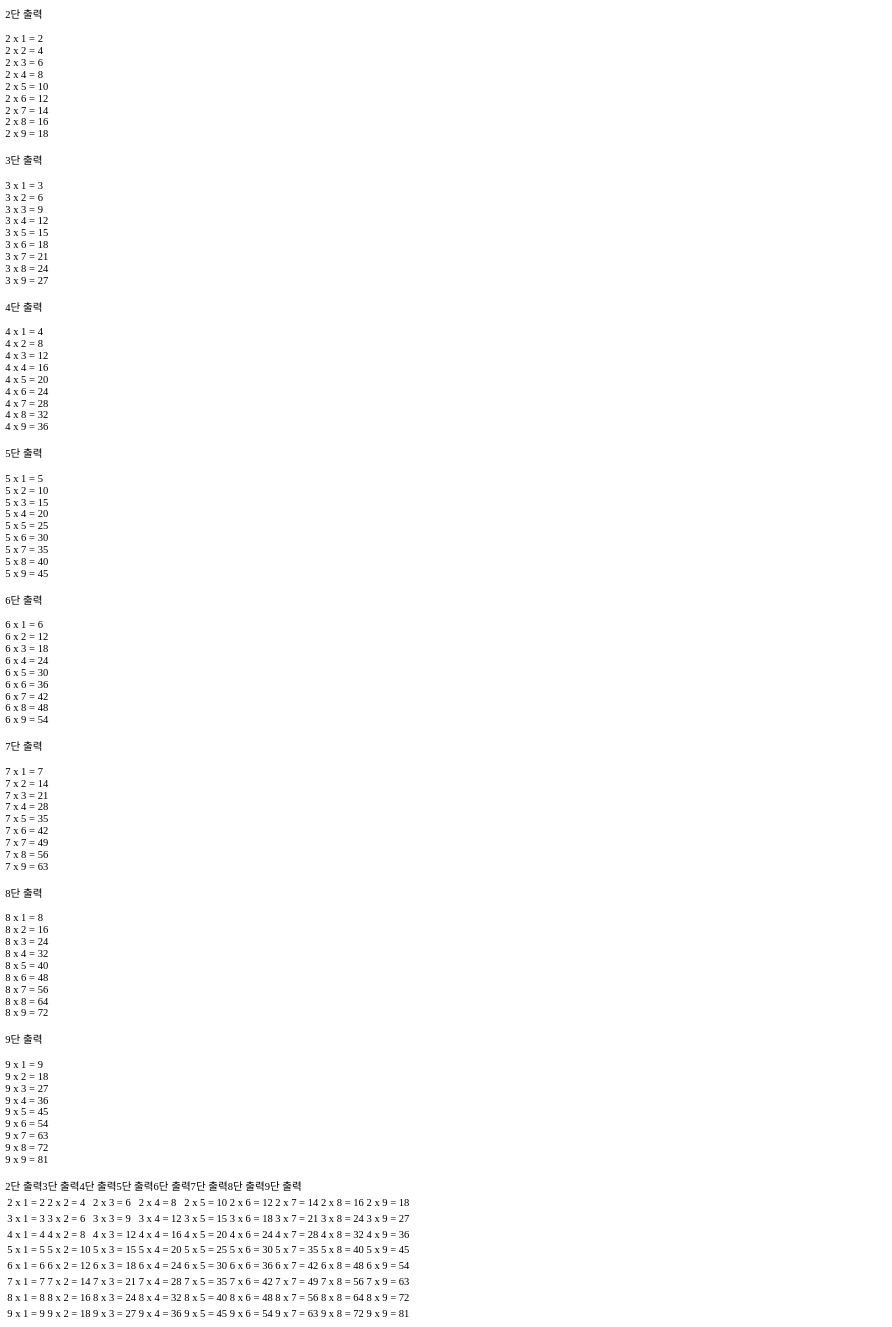
Repository: carnelli95/workspace_JSP
Page: http://localhost/MustHaveJSP/JSPMission/Gugudan1.jsp
An editor plug-in stored every save of this project. The page is shown before and after the next save, followed by the edit.
The browser window is 1280 px wide. The page is 1280 px wide, then 1352 px, then 1280 px, so the pictures cover 1352 px, including what lies to the right of the window. The pictures show the whole page, at 66% of full size.
The page is served by Tomcat 9.

Above is the page before, as saved 2025-09-22 08:33:25.

After the next save:
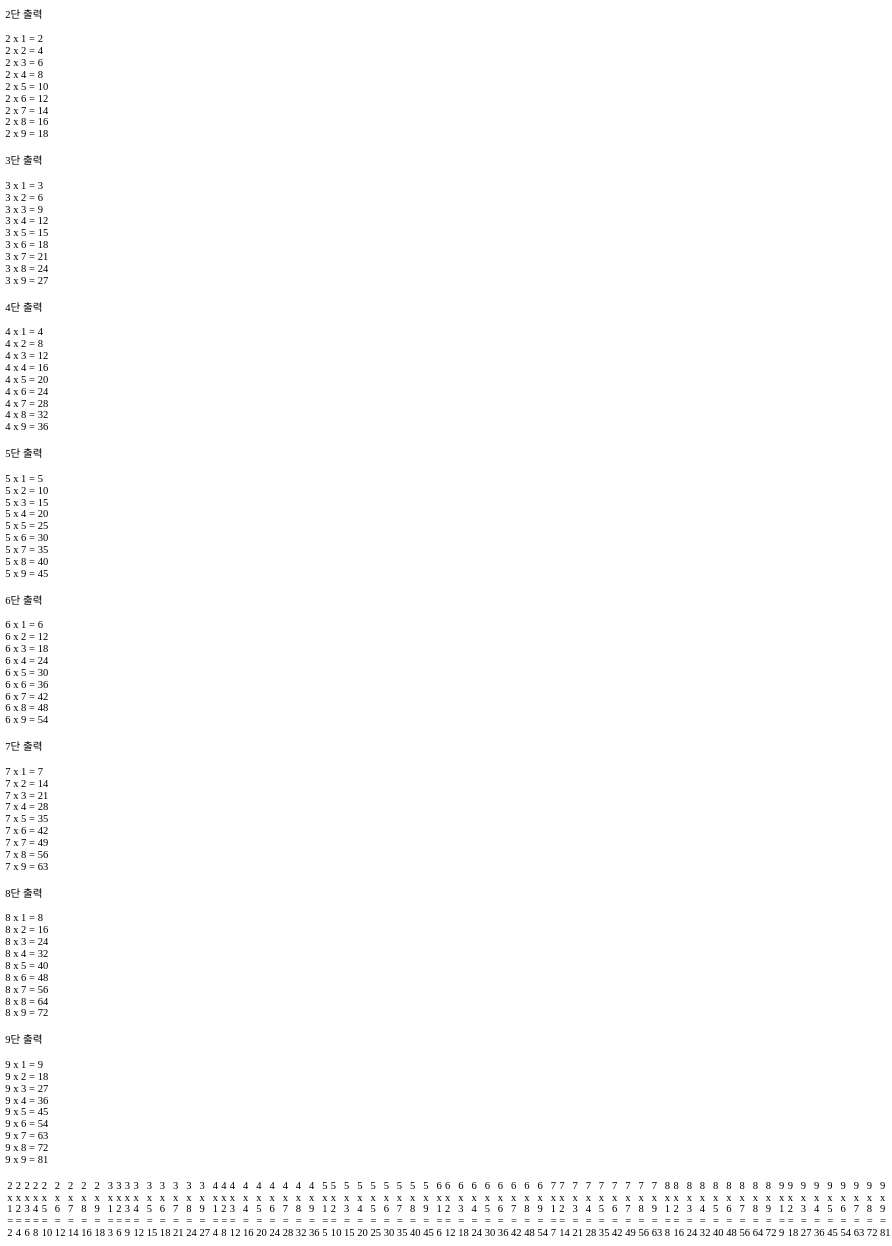
Saved 77 s later.
--- a/MustHaveJSP/src/main/webapp/JSPMission/Gugudan1.jsp
+++ b/MustHaveJSP/src/main/webapp/JSPMission/Gugudan1.jsp
@@ -28,7 +28,6 @@
 <table>
 <%
 	for(int i = 2; i <= 9; i++) {
-		out.println("<tr>" + i + "단 출력</tr>");
 		for(int j = 1; j <= 9; j++) {
 			out.print("<td>" + i + " x " + j  + " = " + i * j + "</td>" + "\t");
 		}

After the save that followed:
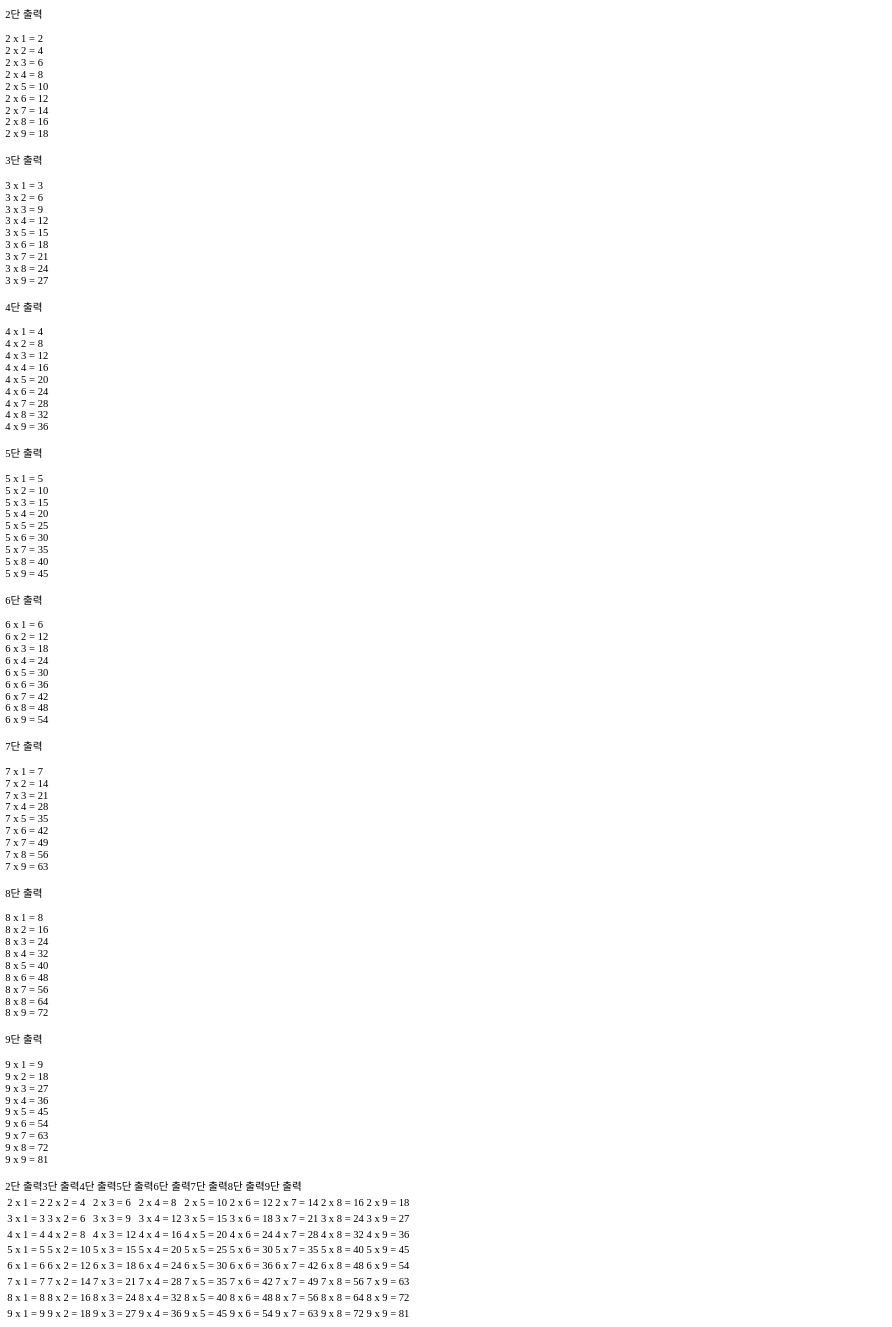
Saved 10 s later.
--- a/MustHaveJSP/src/main/webapp/JSPMission/Gugudan1.jsp
+++ b/MustHaveJSP/src/main/webapp/JSPMission/Gugudan1.jsp
@@ -28,6 +28,7 @@
 <table>
 <%
 	for(int i = 2; i <= 9; i++) {
+		out.println("<tr>" + i + "단 출력</tr>");
 		for(int j = 1; j <= 9; j++) {
 			out.print("<td>" + i + " x " + j  + " = " + i * j + "</td>" + "\t");
 		}
